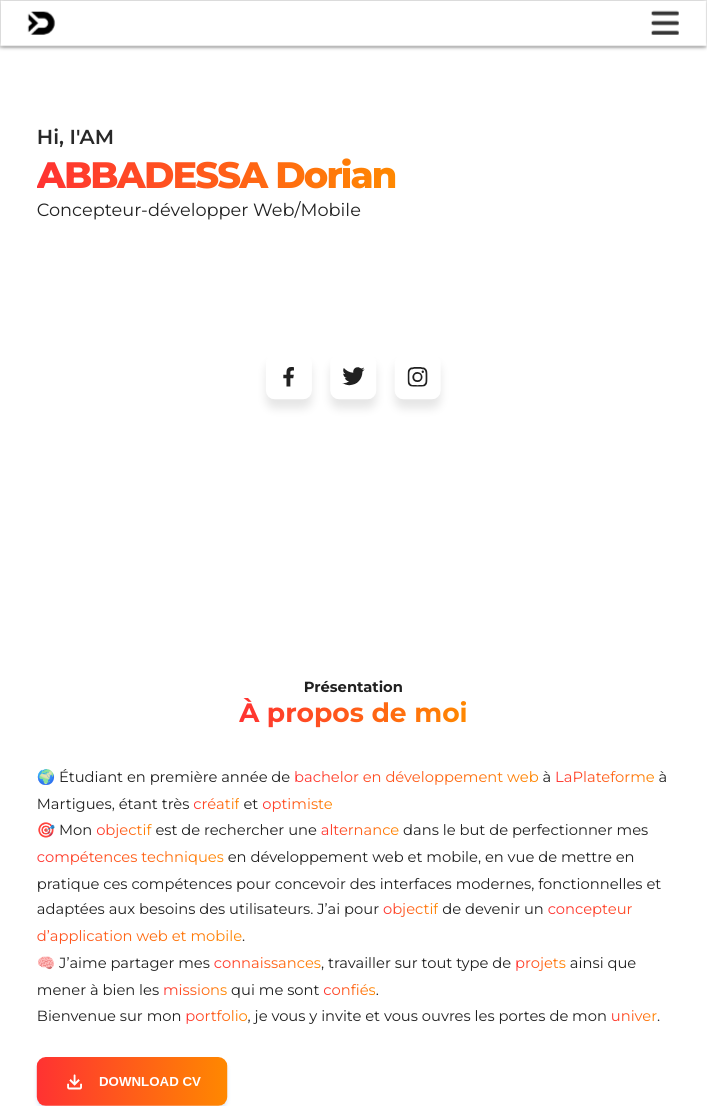
Repository: DorianABDS/Portfolio-ABBADESSA-Dorian
Page: index.html
These files come from the project's save history. The page is drawn as it stood at one moment and after the next save; the edit follows.
The browser window is 768 px wide. The pictures show the whole page, at 92% of full size.

Above is the page before, as saved 2024-11-27 21:03:23.

After the next save:
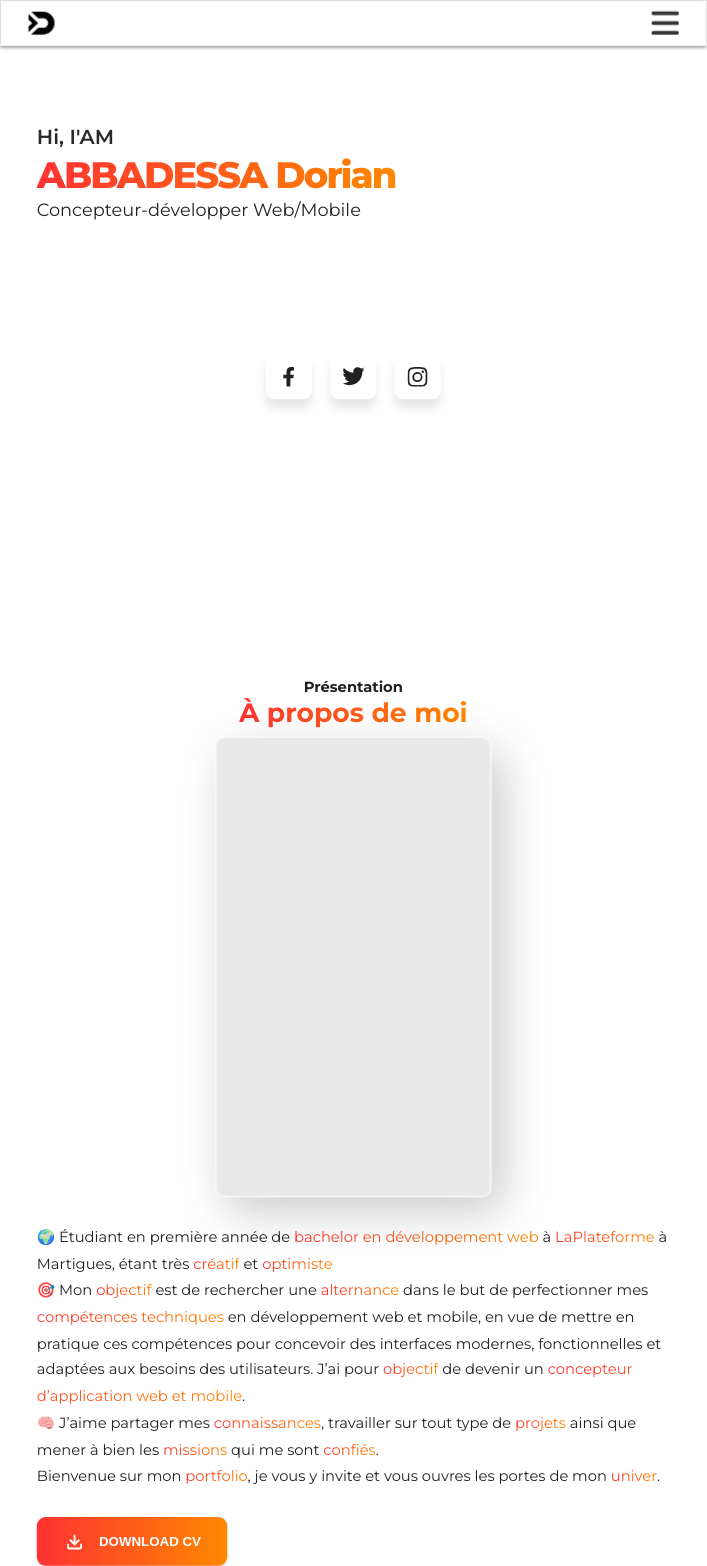
Saved 23 s later.
--- a/style.css
+++ b/style.css
@@ -311,7 +311,7 @@ html, body {
         padding-top: 300px;
     }
 
-    .card-me {
+    .card-about-me {
         box-sizing: border-box;
         width: 300px;
         height: 500px;
